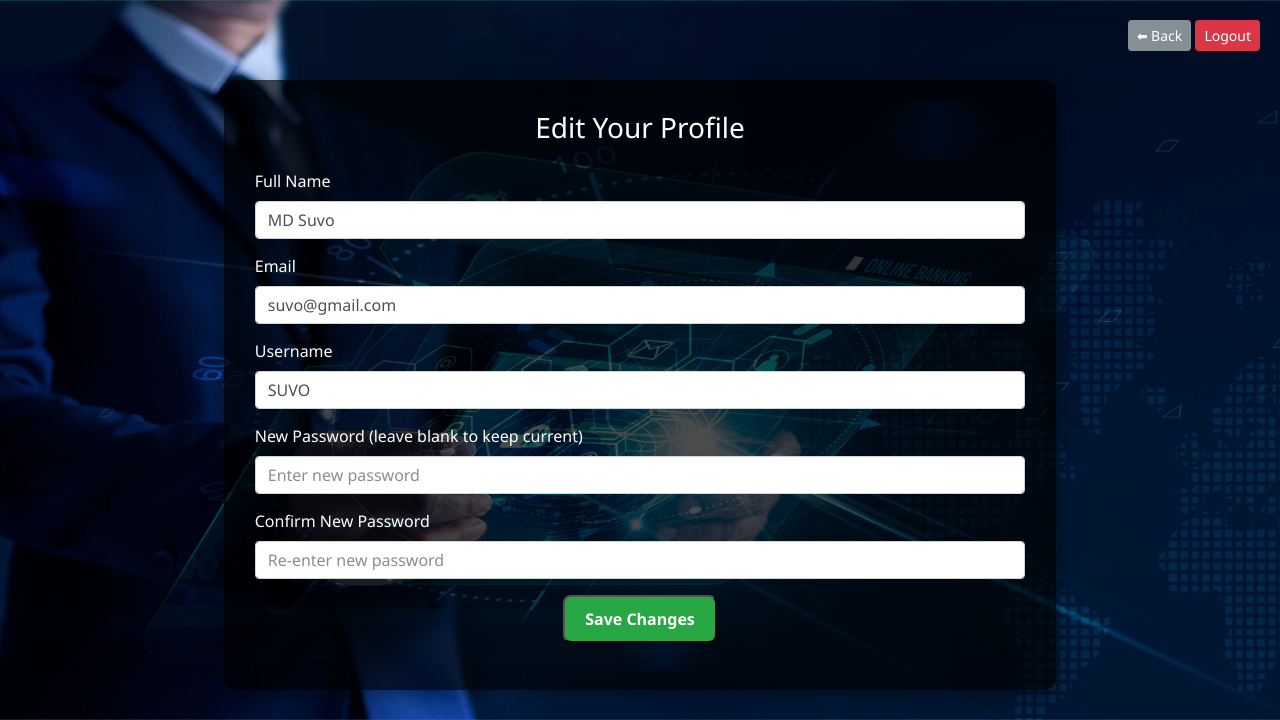
Repository: mhbshimla/my-bank
Page: http://localhost/edit_manager.php?id=2
An editor plug-in stored every save of this project. The page is shown before and after the next save, followed by the edit.
The browser window is 1280 px wide. The pictures show the whole page.
The page is run by PHP 8.4 with error messages shown; the project is at /var/www/html/. The session is filled in as if someone had signed in: {"userId": 2, "user": {"id": 2, "email": "some2@gmail.com", "name": "Ali khan", "balance": 56000, "nid": "3210375555343", "number": "03356910260", "city": "Islamabad", "address": "Some where in isb", "source": "Programmer", "accountNo": 10054777, "branch": 1, "accountType": "Saving", "date": "2017-12-14 04:50:06"}, "cashId": 2, "managerId": 2}. Other server files are loaded and not shown. The database holds what the project's SQL file puts in it.

Above is the page before, as saved 2025-11-30 20:51:31.
Console error: ReferenceError: $ is not defined

### edit_manager.php
<?php
session_start();
if (!isset($_SESSION['managerId'])) {
    header('location:login.php');
    exit();
}

require 'assets/db.php';
require 'assets/autoloader.php';

$managerId = $_SESSION['managerId'];
$message = "";

// ✅ Handle form submission
if ($_SERVER["REQUEST_METHOD"] == "POST") {
    $name     = $_POST['name'];
    $email    = $_POST['email'];
    $username = $_POST['username'];
    $password = $_POST['password'];
    $confirm  = $_POST['confirm_password'];

    if ($password && $password !== $confirm) {
        $message = "❌ Passwords do not match.";
    } else {
        $hashed = $password ? md5($password) : null;

        $updateQuery = "UPDATE managers SET name='$name', email='$email', username='$username'";
        if ($hashed) {
            $updateQuery .= ", password='$hashed'";
        }
        $updateQuery .= " WHERE id='$managerId'";

        if ($con->query($updateQuery)) {
            header("Location: manager_profile.php?updated=1");
            exit();
        } else {
            $message = "❌ Update failed. Please try again.";
        }
    }
}

// ✅ Fetch manager info
$result = $con->query("SELECT * FROM managers WHERE id='$managerId'");
$manager = $result->fetch_assoc();
?>
<!DOCTYPE html>
<html>
<head>
    <title>Edit Profile - MCB Bank</title>
    <style>
        body {
            background: url("images/bg-login5.jpg") no-repeat center center fixed;
            background-size: cover;
            font-family: "Segoe UI", Tahoma, Geneva, Verdana, sans-serif;
            color: #fff;
            padding-top: 80px;
        }
        .card {
            background: rgba(0,0,0,0.7);
            border-radius: 12px;
            padding: 30px;
            box-shadow: 0 8px 25px rgba(0,0,0,0.4);
        }
        .form-control {
            margin-bottom: 15px;
        }
        .btn-save {
            background-color: #28a745;
            color: white;
            padding: 10px 20px;
            border-radius: 8px;
            font-weight: 600;
            transition: all 0.3s ease;
        }
        .btn-save:hover {
            background-color: #218838;
            transform: translateY(-2px);
        }
        .alert {
            background-color: #ffc107;
            color: #212529;
            padding: 10px;
            border-radius: 6px;
            margin-bottom: 20px;
        }
        .toggle-container {
            position: relative;
        }
        .toggle-container input[type="checkbox"] {
            position: absolute;
            top: 10px;
            right: 10px;
        }
    </style>
</head>
<body>
<div style="position: absolute; top: 20px; right: 20px;">
  <a href="manager_profile.php" class="btn btn-secondary btn-sm">⬅ Back</a>
  <a href="mlogout.php" class="btn btn-danger btn-sm">Logout</a>
</div>
<div class="container">
    <div class="card w-75 mx-auto">
        <h3 class="text-center mb-4">Edit Your Profile</h3>
        <?php if ($message): ?>
            <div class="alert text-center"><?= $message ?></div>
        <?php endif; ?>
        <form method="POST">
            <label>Full Name</label>
            <input type="text" name="name" class="form-control" value="<?= htmlspecialchars($manager['name']) ?>" required>

            <label>Email</label>
            <input type="email" name="email" class="form-control" value="<?= htmlspecialchars($manager['email']) ?>" required>

            <label>Username</label>
            <input type="text" name="username" class="form-control" value="<?= htmlspecialchars($manager['username']) ?>" required>

            <label>New Password (leave blank to keep current)</label>
            <div class="toggle-container">
                <input type="password" name="password" id="password" class="form-control" placeholder="Enter new password">
                <!-- <input type="checkbox" onclick="togglePassword()">  -->
            </div>

            <label>Confirm New Password</label>
            <div class="toggle-container">
                <input type="password" name="confirm_password" id="confirm_password" class="form-control" placeholder="Re-enter new password">
                <!-- <input type="checkbox" onclick="togglePassword()">  -->
            </div>
            <div class="text-center mt-3">
                <button type="submit" class="btn-save">Save Changes</button>
            </div>
        </form>
    </div>
</div>

<script>
function togglePassword() {
    const pwd = document.getElementById("password");
    const confirm = document.getElementById("confirm_password");
    const type = pwd.type === "password" ? "text" : "password";
    pwd.type = type;
    confirm.type = type;
}
</script>
</body>
</html>

### assets/db.php
<?php
    //$con = new mysqli('localhost','root','','mybank');
    //define('bankName', 'MCB Bank',true);
    //$ar = $con->query("select * from userAccounts,branch where id = '$_SESSION[userId]' AND userAccounts.branch = branch.branchId");
   // $userData = $ar->fetch_assoc();
//?>
 <script type="text/javascript">
	 $(function () {
  $('[data-toggle="tooltip"]').tooltip()
})
 </script>


<!-- <script>
$(function () {
  $('[data-toggle="tooltip"]').tooltip();
});
</script> -->


<?php
if (session_status() === PHP_SESSION_NONE) {
    session_start();
}


$con = new mysqli('localhost:3306','root','','mybank');
define('bankName', 'MCB Bank');

$userData = null; // default value

// ✅ Only run this query if the session key exists
if (isset($_SESSION['userId'])) {
    $ar = $con->query("SELECT * FROM userAccounts, branch
                       WHERE id = '{$_SESSION['userId']}'
                       AND userAccounts.branch = branch.branchId");
    $userData = $ar->fetch_assoc();
}
?>
<script type="text/javascript">
$(function () {
  $('[data-toggle="tooltip"]').tooltip()
})
</script>

### assets/autoloader.php

<link rel="stylesheet" type="text/css" href="css/bootstrap.min.css">
<link rel="stylesheet" type="text/css" href="css/custom.css">
<link rel="stylesheet" type="text/css" href="font-awesome/css/font-awesome.min.css">
<script src='js/jquery-3.2.1.min.js'></script>
<script src='js/popper.min.js'></script>
<script src='js/bootstrap.min.js'></script>

### css/custom.css
.omit1{background: rgba(0,0,0,0.1);}
.omit2{background: rgba(0,0,0,0.2);}
.omit3{background: rgba(0,0,0,0.3);}
.omit4{background: rgba(0,0,0,0.4);}
.omit5{background: rgba(0,0,0,0.5);}
.omit6{background: rgba(0,0,0,0.6);}
.omit7{background: rgba(0,0,0,0.7);}
.omit8{background: rgba(0,0,0,0.8);}
.omit9{background: rgba(0,0,0,0.9);}

.shadowBlack{box-shadow: 2px 2px 11px black}
.shadowGreen{box-shadow: 2px 2px 11px green}
.shadowBlue{box-shadow: 2px 2px 11px blue}
.shadowWhite{box-shadow: 2px 2px 11px white}

### Database/mybank (1).sql (the tables this page reads)
CREATE TABLE `branch` (
  `branchId` int(11) NOT NULL,
  `branchNo` varchar(111) NOT NULL,
  `branchName` varchar(111) NOT NULL
) ENGINE=InnoDB DEFAULT CHARSET=latin1 COLLATE=latin1_swedish_ci;

INSERT INTO `branch` (`branchId`, `branchNo`, `branchName`) VALUES
(1, '100101', 'Dhaka'),
(2, '100102', 'Sylhet');

ALTER TABLE `branch`
  ADD PRIMARY KEY (`branchId`);

ALTER TABLE `branch`
  MODIFY `branchId` int(11) NOT NULL AUTO_INCREMENT, AUTO_INCREMENT=3;

CREATE TABLE `managers` (
  `id` int(11) NOT NULL,
  `name` varchar(100) DEFAULT NULL,
  `email` varchar(100) DEFAULT NULL,
  `username` varchar(100) DEFAULT NULL,
  `password` varchar(255) DEFAULT NULL
) ENGINE=InnoDB DEFAULT CHARSET=utf8mb4 COLLATE=utf8mb4_general_ci;

INSERT INTO `managers` (`id`, `name`, `email`, `username`, `password`) VALUES
(2, 'MD Suvo', 'suvo@gmail.com', 'SUVO', '52878780f6a57fa17dd9d66d50eef782'),
(4, 'MANEGER', 'manager@manager.com', 'manager', '1d0258c2440a8d19e716292b231e3190'),
(7, 'MHB Shimla', 'shimla10@gmail.com', 'mhbshimla', '35d413076d85cc5669fb43591117dc7c'),
(9, 'Ariyana Hussain', 'ariyana@gmail.com', 'ariyana', '09ea221d3db11df1f369094ffb4bda7c');

ALTER TABLE `managers`
  ADD PRIMARY KEY (`id`),
  ADD UNIQUE KEY `username` (`username`);

ALTER TABLE `managers`
  MODIFY `id` int(11) NOT NULL AUTO_INCREMENT, AUTO_INCREMENT=10;

CREATE TABLE `useraccounts` (
  `id` int(11) NOT NULL,
  `email` text NOT NULL,
  `password` text NOT NULL,
  `name` varchar(111) NOT NULL,
  `balance` varchar(111) NOT NULL,
  `nid` varchar(111) NOT NULL,
  `number` varchar(111) NOT NULL,
  `city` varchar(111) NOT NULL,
  `address` varchar(111) NOT NULL,
  `source` varchar(111) NOT NULL,
  `accountNo` varchar(111) NOT NULL,
  `branch` varchar(111) NOT NULL,
  `accountType` varchar(111) NOT NULL,
  `date` timestamp NOT NULL DEFAULT current_timestamp()
) ENGINE=InnoDB DEFAULT CHARSET=latin1 COLLATE=latin1_swedish_ci;

INSERT INTO `useraccounts` (`id`, `email`, `password`, `name`, `balance`, `nid`, `number`, `city`, `address`, `source`, `accountNo`, `branch`, `accountType`, `date`) VALUES
(2, 'some2@gmail.com', 'some2', 'Ali khan', '56000', '3210375555343', '03356910260', 'Islamabad', 'Some where in isb', 'Programmer', '10054777', '1', 'Saving', '2017-12-14 04:50:06'),
(6, 'realx4rd@gmail.com', 'afsdfasd', 'Fayyaz Khan', '234234', '3240338834902', '03356910260', 'Taunsa', 'Dera Ghazi Khan', 'Govt. job', '1513410739', '1', 'saving', '2017-12-16 07:52:40'),
(7, 'realx4rd@gmail.com', 'safsadf', 'Fayyaz Khan', '12121', '3240338834902', '03356910260', 'Taunsa', 'Dera Ghazi Khan', 'Govt. job', '1513410837', '1', 'current', '2017-12-16 07:54:18'),
(8, 'uracc@gmail.com', 'uracc', 'uracc', '500', '1', '01890040951', 'sylhet', 'south surma,sylhet', 'business', '1755446085', '1', 'current', '2025-08-17 15:56:42'),
(10, 'sjahan@gmail.com', 'sjahan', 'shuborna', '9993565', '1', '01562536474', 'dhaka', 'north south surma', 'business', '1757345500', '2', 'saving', '2025-09-08 15:35:00'),
(11, 'ayana10@gmail.com', 'ayana10', 'Ayana Hussain', '13000000', '205364253', '01853462422', 'sylhet', 'south surma,sylhet', 'business', '1760365343', '2', 'saving', '2025-10-13 14:24:20'),
(12, 'shimla09@gmail.com', 'shimla09', 'shimla', '14390244', '4235345666', '01853524345', 'sylhet', 'south surma,sylhet', 'job', '1760416459', '1', 'current', '2025-10-14 04:36:47'),
(13, 'arib05@gmail.com', 'arib05', 'arib', '2476544', '1234414302', '01804414302', 'Sylhet', 'South Surma, Sylhet-3100', 'business', '1762611572', '2', 'saving', '2025-11-08 14:22:38');

ALTER TABLE `useraccounts`
  ADD PRIMARY KEY (`id`);

ALTER TABLE `useraccounts`
  MODIFY `id` int(11) NOT NULL AUTO_INCREMENT, AUTO_INCREMENT=14;

Loaded but not shown: css/bootstrap.min.css (library); font-awesome/css/font-awesome.min.css (library); js/jquery-3.2.1.min.js (library); js/popper.min.js (library); js/bootstrap.min.js (library)

After the next save:
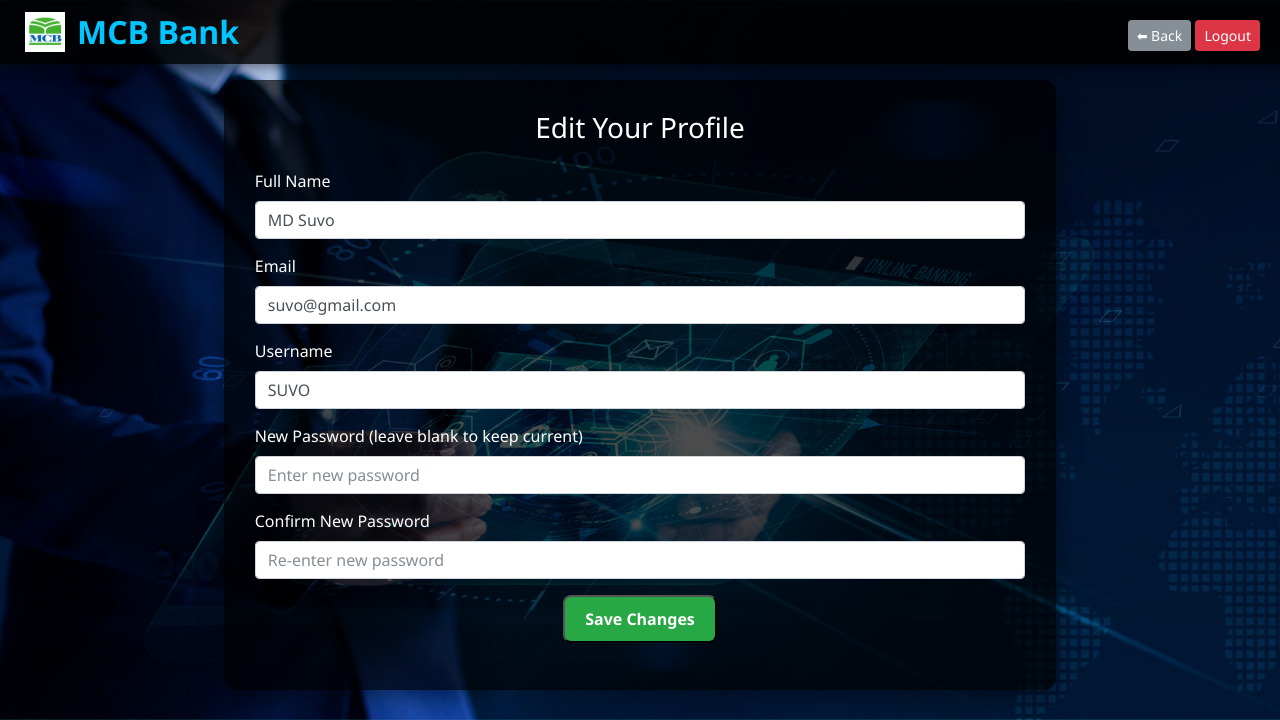
Saved 79 s later.
--- a/edit_manager.php
+++ b/edit_manager.php
@@ -94,10 +94,15 @@ $manager = $result->fetch_assoc();
     </style>
 </head>
 <body>
-<div style="position: absolute; top: 20px; right: 20px;">
-  <a href="manager_profile.php" class="btn btn-secondary btn-sm">⬅ Back</a>
-  <a href="mlogout.php" class="btn btn-danger btn-sm">Logout</a>
-</div>
+ <!-- Header with logo aligned left -->
+<header style="position: fixed; top: 0; left: 0; width: 100%; background: rgba(0,0,0,0.85); padding: 12px 25px; display: flex; align-items: center; justify-content: flex-start; box-shadow: 0 4px 12px rgba(0,0,0,0.5); z-index: 1000;">
+    <img src="images/logo.png" alt="MCB Bank Logo" style="height:40px; margin-right:12px;">
+    <h2 style="margin:0; font-weight:600; color:#00c6ff;">MCB Bank</h2>
+    <div style="position: absolute; top: 20px; right: 20px;">
+    <a href="mindex.php" class="btn btn-secondary btn-sm">⬅ Back</a>
+    <a href="index.php" class="btn btn-danger btn-sm">Logout</a>
+    </div>
+</header>
 <div class="container">
     <div class="card w-75 mx-auto">
         <h3 class="text-center mb-4">Edit Your Profile</h3>
